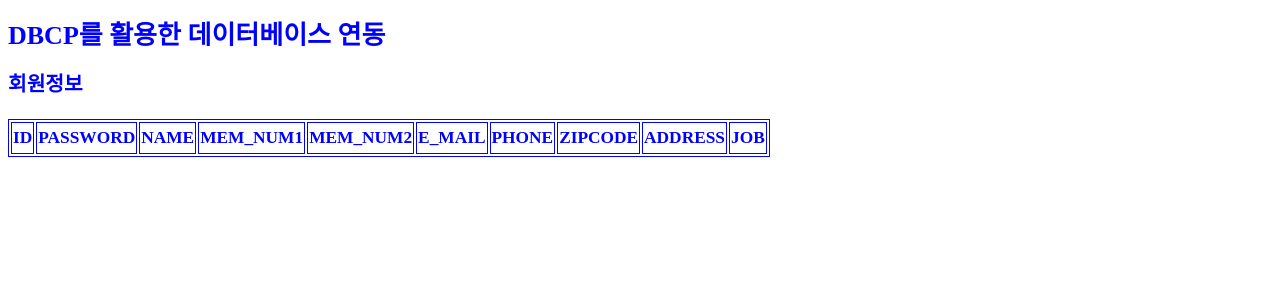
Repository: kr1124/jsp
Page: http://localhost/ServletProject/jdbc/usingDBCP.jsp
These files come from the project's save history. The page is drawn as it stood at one moment and after the next save; the edit follows.
The browser window is 1280 px wide. The pictures show the whole page.
The page is served by Tomcat 9. Other server files are loaded and not shown. Queries for data that is not in the repository find no rows.

Above is the page before, as saved 2024-12-06 01:57:50.

### ServletProject/src/main/webapp/jdbc/usingDBCP.jsp
<%@ page import="java.util.Vector"%>
<%@ page language="java" contentType="text/html; charset=UTF-8" pageEncoding="UTF-8" %>
<%@ page import="java.sql.*" %>
<%@ page import="com.jdbc.*" %>

<!DOCTYPE html>
<html>
	<head>
		<meta charset="UTF-8">
		<title>DBCP를 활용한 데이터베이스 연동</title>
		<link href="style.css" rel="stylesheet" type="text/css" >
	</head>
	<body>
		<h2>DBCP를 활용한 데이터베이스 연동</h2>
		<h3>회원정보</h3>
		<table bordercolor="#0000ff" border="1" >
			<tr>
				<td><strong>ID</strong></td>
				<td><strong>PASSWORD</strong></td>
				<td><strong>NAME</strong></td>
				<td><strong>MEM_NUM1</strong></td>
				<td><strong>MEM_NUM2</strong></td>
				<td><strong>E_MAIL</strong></td>
				<td><strong>PHONE</strong></td>
				<td><strong>ZIPCODE</strong></td>
				<td><strong>ADDRESS</strong></td>
				<td><strong>JOB</strong></td>
			</tr>

			<jsp:useBean id="dao" class="com.jdbc.TempMemberDAO" scope="page"/>
			<%
				Vector<TempMemberVO> vlist = dao.getMemberList();
				int counter = vlist.size();

				for(int i = 0; i < vlist.size(); i++) {
					TempMemberVO vo = vlist.elementAt(i);
			%>

			<tr>
				<td><strong><%=vo.getId() %></strong></td>
				<td><strong><%=vo.getPasswd() %></strong></td>
				<td><strong><%=vo.getName() %></strong></td>
				<td><strong><%=vo.getMem_num1() %></strong></td>
				<td><strong><%=vo.getMem_num2() %></strong></td>
				<td><strong><%=vo.getE_mail() %></strong></td>
				<td><strong><%=vo.getPhone() %></strong></td>
				<td><strong><%=vo.getZipcode() %></strong></td>
				<td><strong><%=vo.getAddress() %></strong></td>
				<td><strong><%=vo.getJob() %></strong></td>
			<%}%>

			</tr>
		</table>

	</body>
</html>

### ServletProject/src/main/java/com/jdbc/TempMemberDAO.java
package com.jdbc;

import java.util.*;
import java.sql.*;

public class TempMemberDAO {
//	private final String JDBC_DRIVER="oracle.jdbc.driver.OraclDriver";
//	private final String JDBC_URL="jdbc:oracle:thin:@localhost:1521:orcl";
//	private final String USER="scott";
//	private final String PASS="tiger";
//
//	public TempMemberDAO() {
//		try {
//			Class.forName(JDBC_DRIVER);
//		} catch (Exception e) {
//			System.out.println("error : jdbc 드라이버 로딩 실패");
//		}
//	}

	public Vector<TempMemberVO> getMemberList() {
		Connection con = null;
		Statement stmt = null;
		ResultSet rs = null;

		Vector<TempMemberVO> vecList = new Vector<TempMemberVO>();

		try {
			//con = DriverManager.getConnection(JDBC_URL, USER, PASS);
			con = ConnUtil.getConnection();
			String sql = "select * from tempmember";
			stmt = con.createStatement();
			rs = stmt.executeQuery(sql);

			while(rs.next()) {
				TempMemberVO vo = new TempMemberVO();
				vo.setId(rs.getString("id"));
				vo.setPasswd(rs.getString("passwd"));
				vo.setName(rs.getString("name"));
				vo.setMem_num1(rs.getString("mem_num1"));
				vo.setMem_num2(rs.getString("mem_num2"));
				vo.setE_mail(rs.getString("e_mail"));
				vo.setPhone(rs.getString("phone"));
				vo.setZipcode(rs.getString("zipcode"));
				vo.setAddress(rs.getString("address"));
				vo.setJob(rs.getString("job"));

				vecList.add(vo);
			}
		} catch (Exception e) {
			System.out.println("Exception : " + e);
		} finally {

		}

		return vecList;
	}
}

### ServletProject/src/main/java/com/jdbc/ConnUtil.java
package com.jdbc;

import java.sql.*;
import javax.sql.*;
import javax.naming.*;

public class ConnUtil {
	public static Connection getConnection() {
		Connection con = null;

		try {
			Context initContext = new InitialContext();
			Context envContext  = (Context)initContext.lookup("java:/comp/env");
			DataSource ds = (DataSource)envContext.lookup("jdbc/myOracle");
			con = ds.getConnection();

			System.out.println("데이터베이스 연결 성공");
		} catch(Exception se) {
			System.out.println("데이터베이스 연결 실패");
		}

		return con;
	}
}

### ServletProject/src/main/webapp/jdbc/style.css
@charset "UTF-8";
body, td, select, div, form {
	font-size : 13pt;
	color: blue;
	line-height: 160%;
	font-family: serif;
}

textarea, input {
	border-right: 1px solid #999999;
	border-top: 1px solid #999999;
	border-left: 1px solid #999999;
	border-bottom: 1px solid #999999;
	font-size: 9pt;
	color: black;
	background-color: white;
	font-family: serif;
}

a:link {
	text-decoration: none;
	color: #696969;
}
a:hover {
	text-decoration: yes;
	color: #66ccff;
}
a:visited {
	text-decoration: none;
	color: #330066;
}

After the next save:
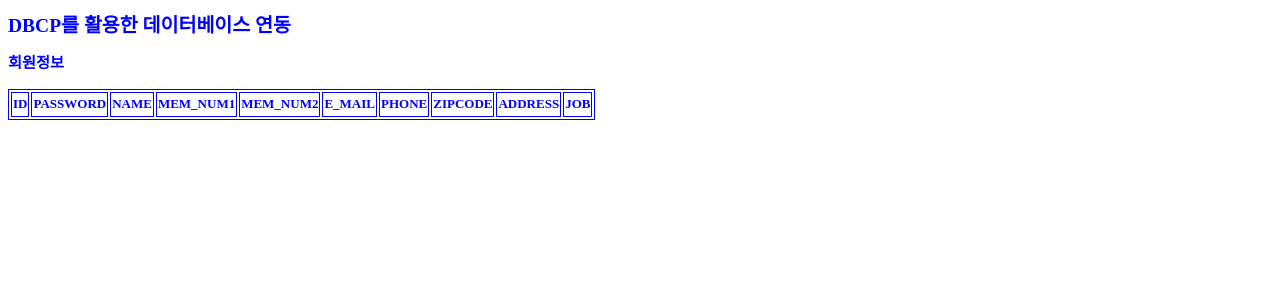
Saved 19 s later.
--- a/ServletProject/src/main/webapp/jdbc/style.css
+++ b/ServletProject/src/main/webapp/jdbc/style.css
@@ -1,6 +1,6 @@
 @charset "UTF-8";
 body, td, select, div, form {
-	font-size : 13pt;
+	font-size : 13px;
 	color: blue;
 	line-height: 160%;
 	font-family: serif;
